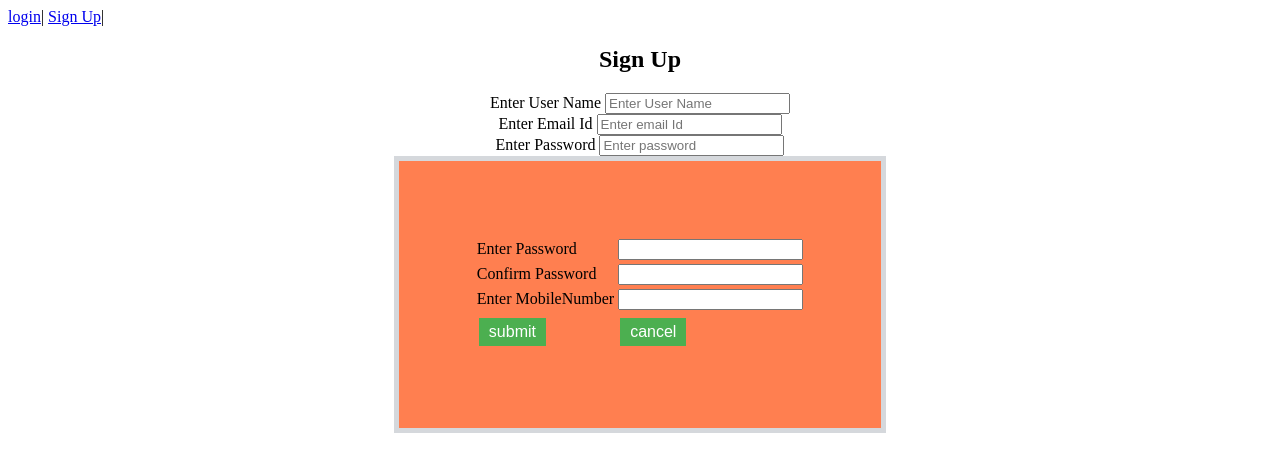
Repository: ashwinipatil321/ServletPrograms
Page: http://localhost/loginAndRegisterServlet/Register.jsp
The author's editor kept a copy of each file at every save. The page is drawn from the files as they stood at one save, then again after the next save.
The browser window is 1280 px wide. The pictures show the whole page.
Some web libraries are served in a nearby version. The page is served by Tomcat 9.

Above is the page before, as saved 2017-11-07 06:07:49.

After the next save:
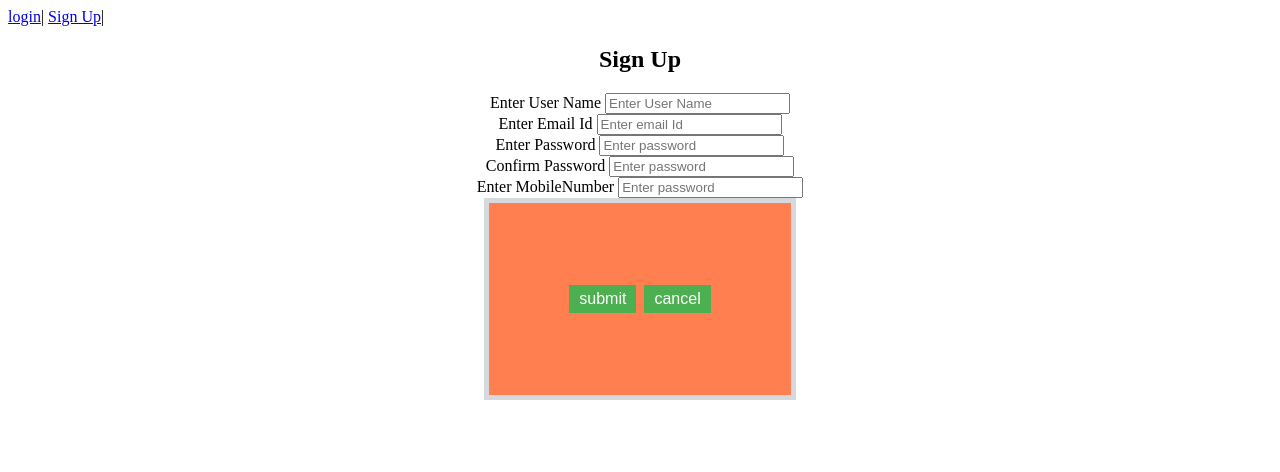
Saved 2 min 26 s later.
--- a/loginAndRegisterServlet/WebContent/Register.jsp
+++ b/loginAndRegisterServlet/WebContent/Register.jsp
@@ -49,20 +49,19 @@ table {
 }
 </style>
 <script type="text/javascript">
-
-$(document).ready(function(){
-	$("#name").blur(function(){
-var name = $("#name").val();
-var nameRegex = /^[a-zA-Z ]*$/;
-if(name.length==0){
-	$("#error1").text("Please Enter name");
-}else if(!name.match(nameRegex)){
-	$("#error1").text("Please Enter charcter only");
-}else{
-	$("#error1").text("");
-}
+	$(document).ready(function() {
+		$("#name").blur(function() {
+			var name = $("#name").val();
+			var nameRegex = /^[a-zA-Z ]*$/;
+			if (name.length == 0) {
+				$("#error1").text("Please Enter name");
+			} else if (!name.match(nameRegex)) {
+				$("#error1").text("Please Enter charcter only");
+			} else {
+				$("#error1").text("");
+			}
 		});
-});
+	});
 </script>
 </head>
 <body>
@@ -74,37 +73,35 @@ if(name.length==0){
 				<table border="0">
 					<h2>Sign Up</h2>
 					<div class="form-group">
-						<label for="userName">Enter User Name</label>
-						<input type="text" class="form-control" id="name" placeholder="Enter User Name"
-							name="UserName">
-							<span id="error1" style="color: red; font-size: 15px;"></span>
+						<label for="userName">Enter User Name</label> <input type="text"
+							class="form-control" id="name" placeholder="Enter User Name"
+							name="UserName"> <span id="error1"
+							style="color: red; font-size: 15px;"></span>
 					</div>
 					<div class="form-group">
-				<label for="email">Enter Email Id</label> <input type="email"
-					class="form-control" id="EmailId" placeholder="Enter email Id"
-					name="EmailId">
-			</div>
+						<label for="email">Enter Email Id</label> <input type="email"
+							class="form-control" id="EmailId" placeholder="Enter email Id"
+							name="EmailId">
+					</div>
 
-<div class="form-group">
-				<label for="pwd">Enter Password</label> <input type="password"
-					class="form-control" id="password" placeholder="Enter password"
-					name="password">
-			</div>
-					<tr>
-						<td>Enter Password</td>
-						<td><input type="password" name="password"></td>
-					</tr>
+					<div class="form-group">
+						<label for="pwd">Enter Password</label> <input type="password"
+							class="form-control" id="password" placeholder="Enter password"
+							name="password">
+					</div>
 
+					<div class="form-group">
+						<label for="pwd">Confirm Password</label> <input type="password"
+							class="form-control" id="confirmPassword"
+							placeholder="Enter password" name="confirmPassword">
+					</div>
 
-					<tr>
-						<td>Confirm Password</td>
-						<td><input type="password" name="confirmPassword"></td>
-					</tr>
+					<div class="form-group">
+						<label for="MobileNumber">Enter MobileNumber</label> <input
+							type="text" class="form-control" id="MobileNumber"
+							placeholder="Enter password" name="MobileNumber">
+					</div>
 
-					<tr>
-						<td>Enter MobileNumber</td>
-						<td><input type="text" name="MobileNumber"></td>
-					</tr>
 
 					<tr>
 						<td><input type="submit" value="submit" class="submit"></td>
